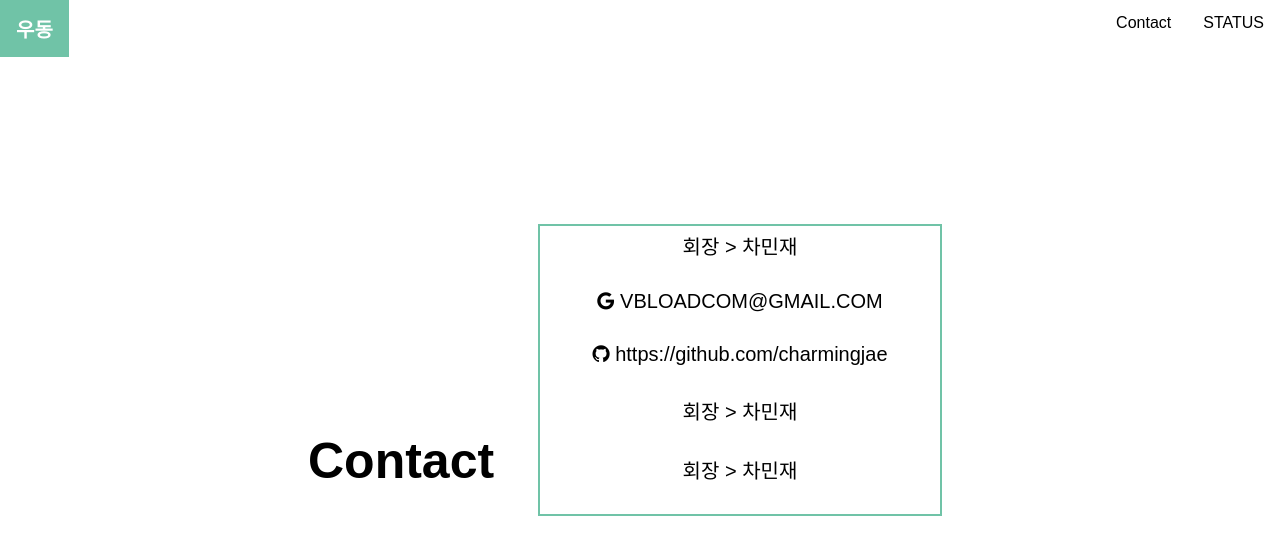
Repository: charmingjae/circles
Page: http://localhost/circles/root/contact.jsp
The author's editor kept a copy of each file at every save. The page is drawn from the files as they stood at one save, then again after the next save.
The browser window is 1280 px wide. The pictures show the whole page.
Some web fonts or font styles are not loaded; a fallback is used. The page is served by Tomcat 9.

Above is the page before, as saved 2020-07-09 15:05:38.

After the next save:
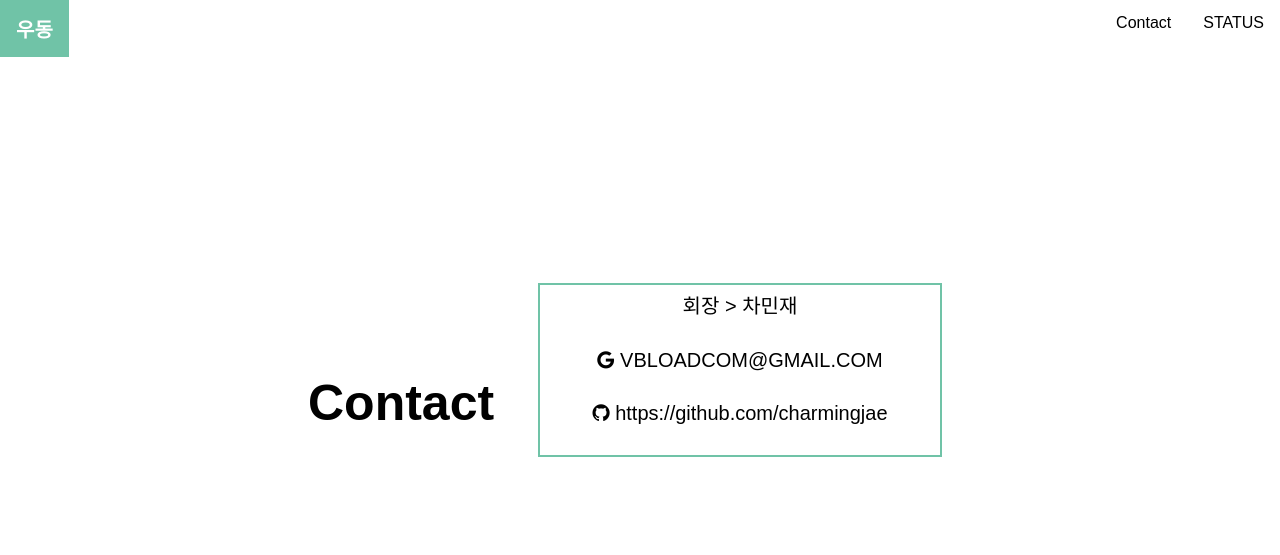
Saved 47 s later.
--- a/circles/WebContent/root/contact.jsp
+++ b/circles/WebContent/root/contact.jsp
@@ -23,8 +23,6 @@
 				<span id="showEtc"> 회장 > 차민재 </span>
 				<span id="showEtc"><i class="fa fa-google" aria-hidden="true"></i> VBLOADCOM@GMAIL.COM  </span>
 				<span id="showEtc"><i class="fa fa-github" aria-hidden="true"></i> https://github.com/charmingjae</span>
-				<span id="showEtc"> 회장 > 차민재 </span>
-				<span id="showEtc"> 회장 > 차민재 </span>
 			</div>
 		</div>
 	</form>
